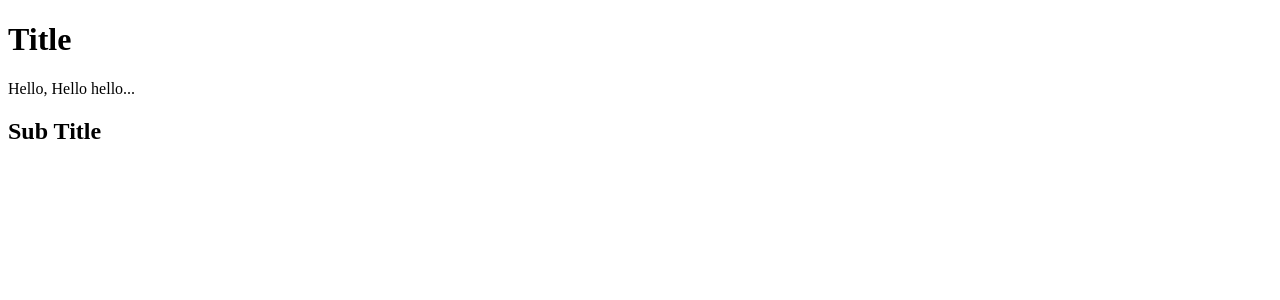
Repository: kojimayu/dotinstall-JavaScript-DOM
Page: index.html
The author's editor kept a copy of each file at every save. The page is drawn from the files as they stood at one save, then again after the next save.
The browser window is 1280 px wide. The pictures show the whole page.

Above is the page before, as saved 2019-04-13 16:19:21.

After the next save:
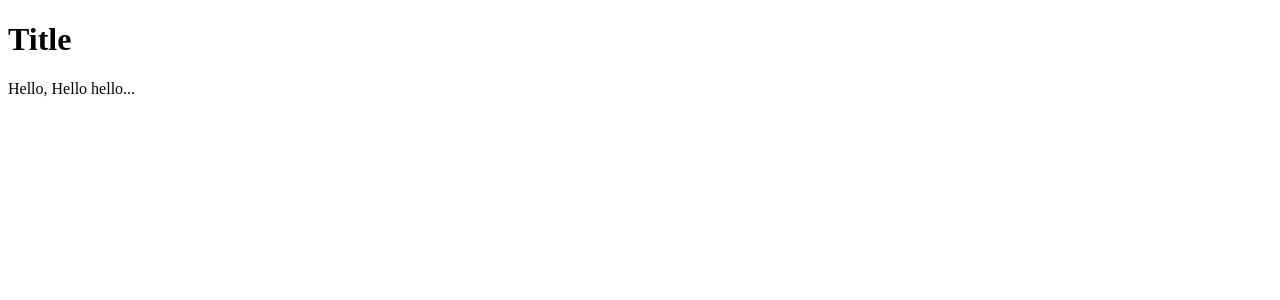
Console error (its wording comes from the project's code and is left out).
Saved 20 s later.
--- a/js/main.js
+++ b/js/main.js
@@ -11,6 +11,6 @@
 
   const h2 =document.createElement('h2');
   h2.textContent ='Sub Title';
-  document.body.appendChild(h2);
+  document.body.insertBefore(h2);
 
 }

After the 2 saves that followed:
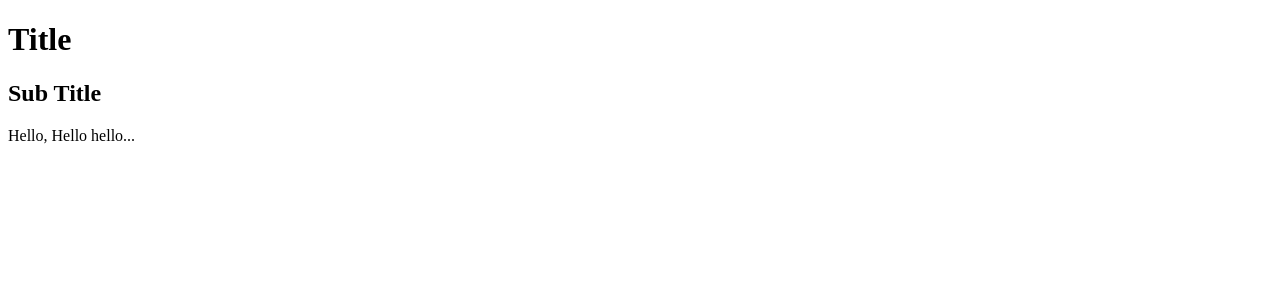
The error is gone.
The 2 saves are shown as one change because 1 left the picture as it was.
The last was saved 41 s later.
--- a/js/main.js
+++ b/js/main.js
@@ -11,6 +11,6 @@
 
   const h2 =document.createElement('h2');
   h2.textContent ='Sub Title';
-  document.body.insertBefore(h2);
+  document.body.insertBefore(h2, p);
 
 }
